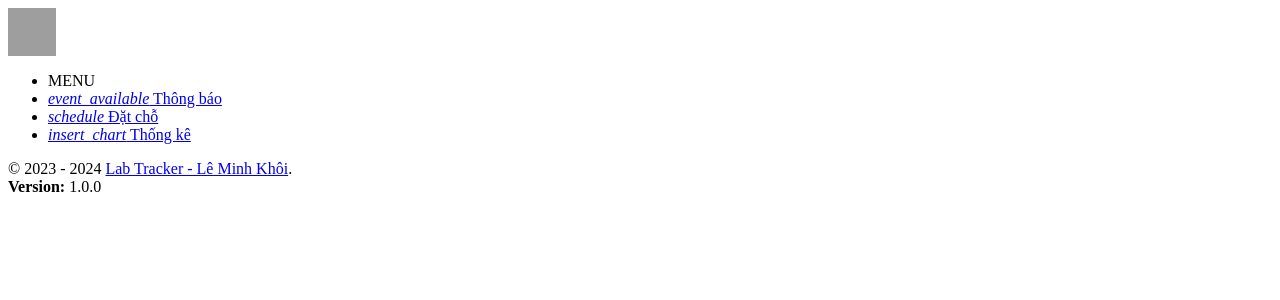
Repository: KhoiLe9112/KhoaLuanTotNghiep
Page: http://localhost/practice-room-app/components/side-bar.jsp
An editor plug-in stored every save of this project. The page is shown before and after the next save, followed by the edit.
The browser window is 1280 px wide. The pictures show the whole page.
Pictures or frames that could not be fetched are drawn as grey boxes. The page is served by Tomcat 9. Nobody is signed in. The application's start-up code is not run.

Above is the page before, as saved 2024-05-21 01:41:35.

After the next save:
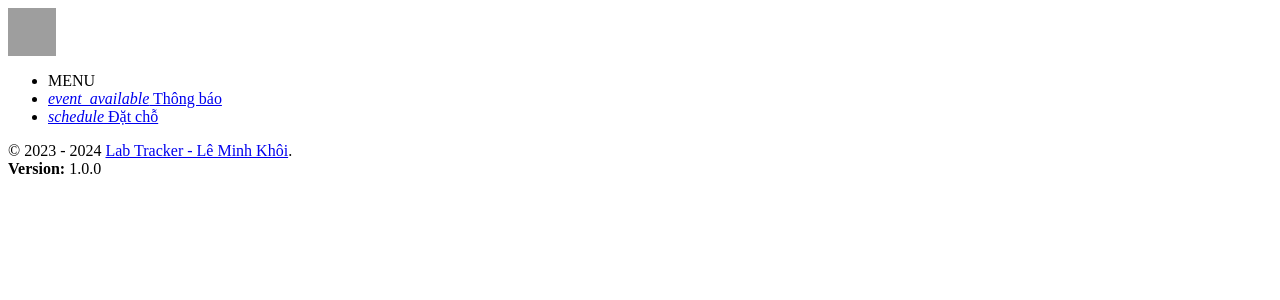
Saved 52 s later.
--- a/QuanLyPhongThucHanh/practice-room-app/src/main/webapp/components/side-bar.jsp
+++ b/QuanLyPhongThucHanh/practice-room-app/src/main/webapp/components/side-bar.jsp
@@ -52,20 +52,21 @@
 			%>
 			<li><a href="<s:url action='userManage' />"> <i class="material-icons">person</i> <span>Quản lý người dùng</span>
 			</a></li>
-			<li><a href="<s:url action='subadminAssign' />"> <i class="material-icons">assignment</i> <span>Phân lịch</span>
-			</a></li>
+
 			<%
 				} if (Constant.ROLE_ADMIN.equals(role) || Constant.ROLE_SUBADMIN.equals(role)) {
 			%>
+			<li><a href="<s:url action='subadminAssign' />"> <i class="material-icons">assignment</i> <span>Phân lịch</span>
+			</a></li>
 			<li><a href="<s:url action='roomManage' />"> <i class="material-icons">business</i> <span>Quản lý phòng</span>
+			</a></li>
+			<li><a href="<s:url action='statisticManage' />"> <i class="material-icons">insert_chart</i> <span>Thống kê</span>
 			</a></li>
 			<%
 				}
 			}
 			%>
 			<li><a href="<s:url action='reservations' />"> <i class="material-icons">schedule</i> <span>Đặt chỗ</span>
-			</a></li>
-			<li><a href="<s:url action='statisticManage' />"> <i class="material-icons">insert_chart</i> <span>Thống kê</span>
 			</a></li>
 		</ul>
 	</div>
